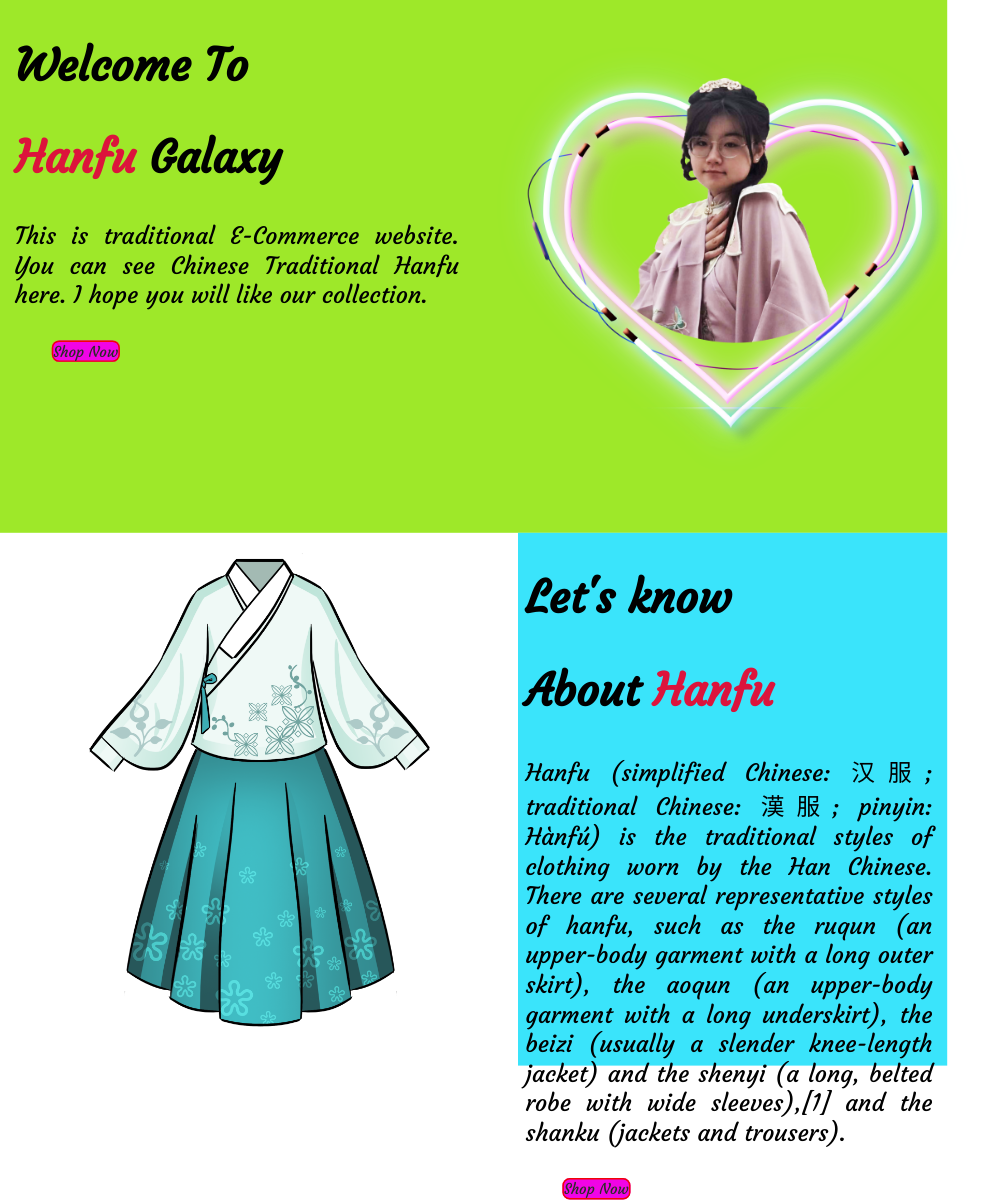
Repository: ramizraaz/E-Commerce
Page: index.html
These files come from the project's save history. The page is drawn as it stood at one moment and after the next save; the edit follows.
The browser window is 1280 px wide. The page is 1340 px wide, so the pictures cover 1340 px, including what lies to the right of the window. The pictures show the whole page, at 74% of full size.

Above is the page before, as saved 2022-02-06 21:38:14.

After the next save:
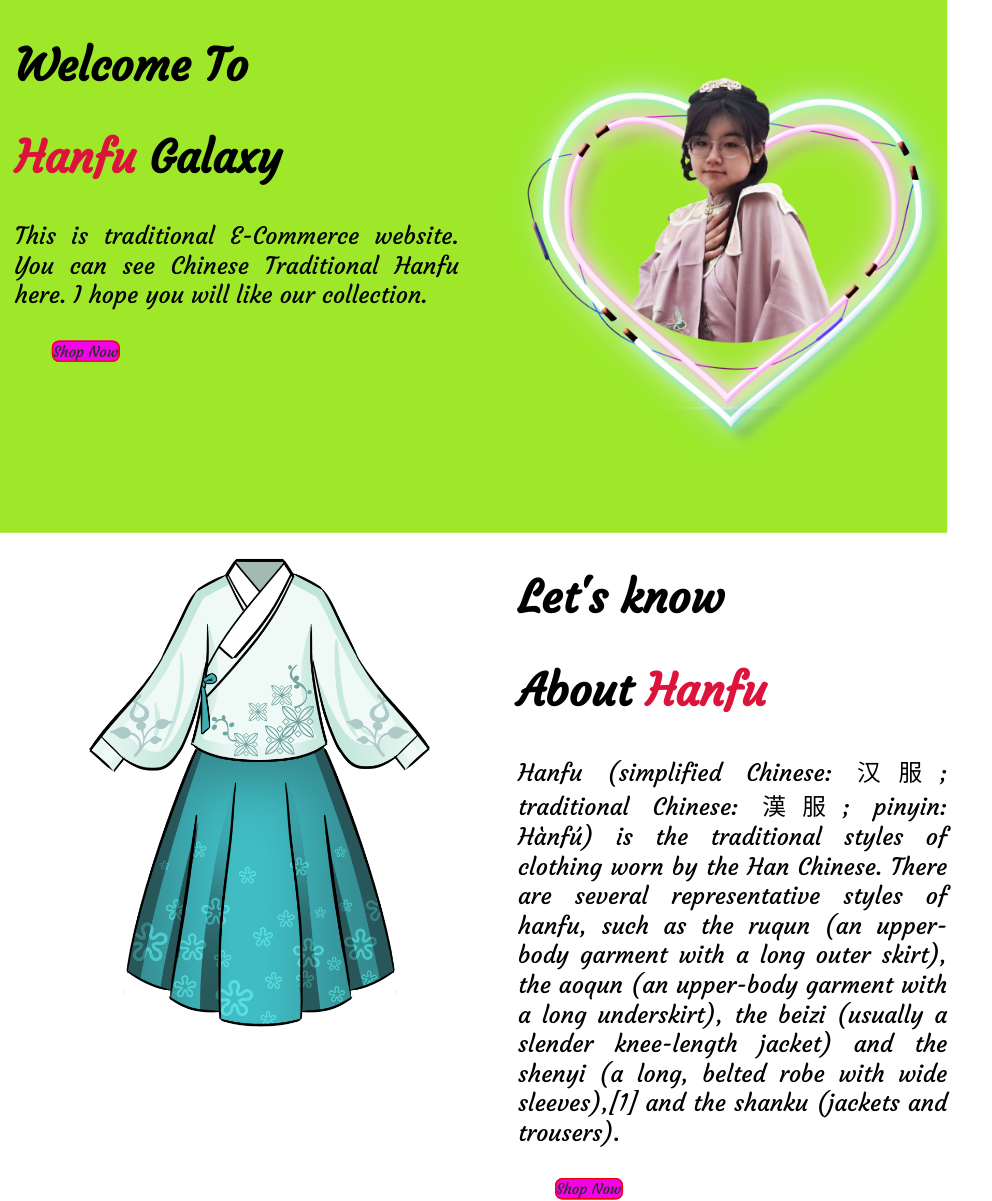
Saved 8 s later.
--- a/main.css
+++ b/main.css
@@ -47,7 +47,7 @@
     height: 100vh;
 }
 
-.mid-con {
+mid-img .mid-con {
     width: 70%;
     padding: 0px 20px 0px 10px;
     background-color: rgba(16, 223, 250, 0.822);

After the save that followed:
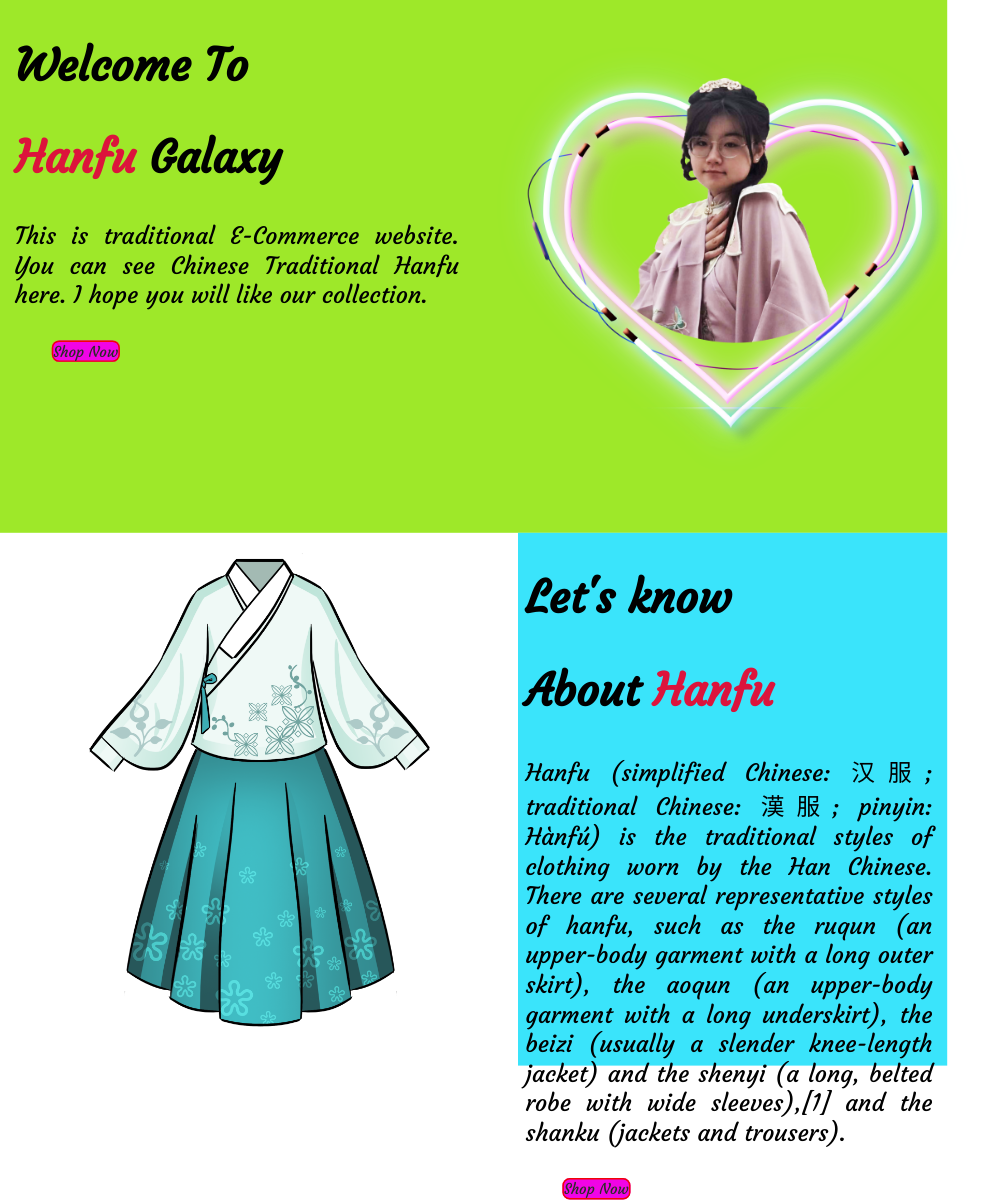
Saved 7 s later.
--- a/main.css
+++ b/main.css
@@ -47,7 +47,9 @@
     height: 100vh;
 }
 
-mid-img .mid-con {
+.mid-img {}
+
+.mid-con {
     width: 70%;
     padding: 0px 20px 0px 10px;
     background-color: rgba(16, 223, 250, 0.822);
